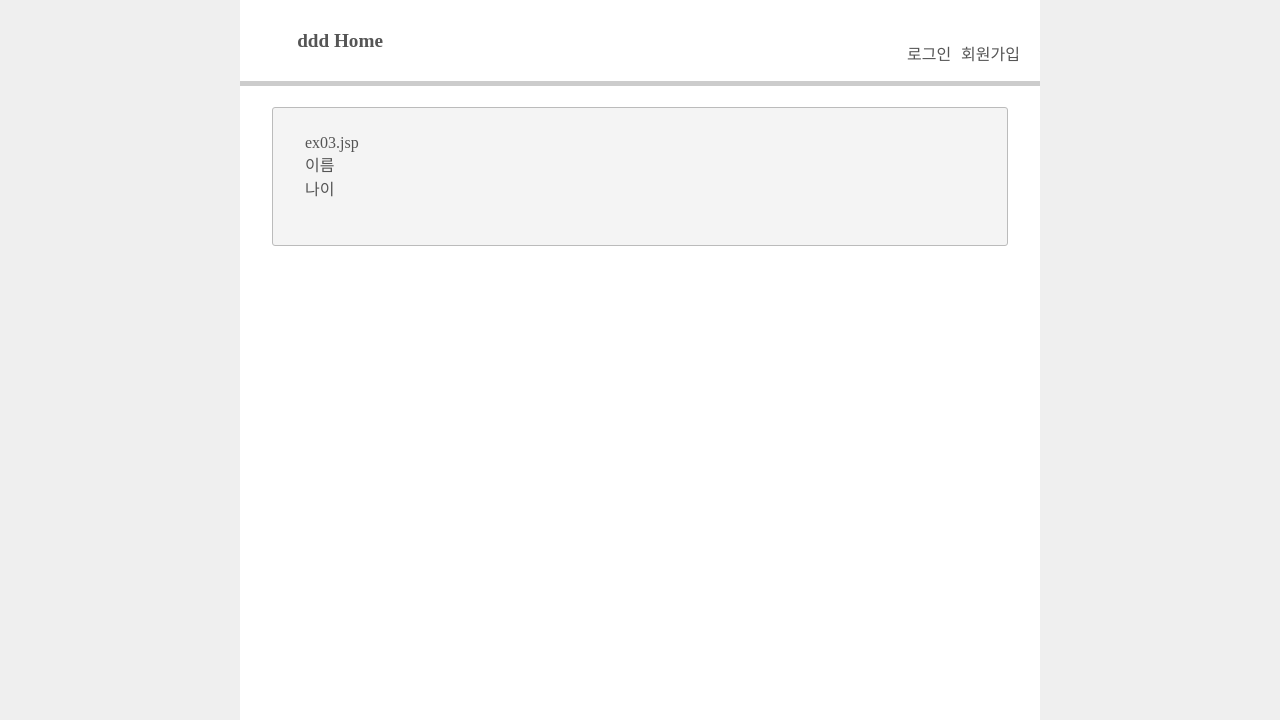
Repository: Deneb0000/JSP
Page: http://localhost/jspPro/days04/ex03_02.jsp
The author's editor kept a copy of each file at every save. The page is drawn from the files as they stood at one save, then again after the next save.
The browser window is 1280 px wide. The pictures show the whole page.
Some web fonts or font styles are not loaded; a fallback is used. The page is served by Tomcat 9. Other server files are loaded and not shown.

Above is the page before, as saved 2024-10-18 05:46:23.

### jspPro/src/main/webapp/days04/ex03_02.jsp
<%@ page contentType="text/html; charset=UTF-8" pageEncoding="UTF-8"%>
<%@ taglib prefix="c" uri="http://java.sun.com/jsp/jstl/core" %>
<!DOCTYPE html>
<html>
<head>
<meta charset="UTF-8">
<title>Insert title here</title>
<link rel="shortcut icon" type="image/x-icon" href="http://localhost/jspPro/images/SiSt.ico">
<script src="https://ajax.googleapis.com/ajax/libs/jquery/3.7.1/jquery.min.js"></script>
<meta name="viewport" content="width=device-width, initial-scale=1.0">
<meta name="google" content="notranslate">
<link rel="stylesheet" href="http://localhost/jspPro/resources/cdn-main/example.css">
<script src="http://localhost/jspPro/resources/cdn-main/example.js"></script>
<style>
 span.material-symbols-outlined{
    vertical-align: text-bottom;
 }
</style>
</head>
<body>
<header>
  <h1 class="main"><a href="#" style="position: absolute;top:30px;">ddd Home</a></h1>
  <ul>
    <li><a href="#">로그인</a></li>
    <li><a href="#">회원가입</a></li>
  </ul>
</header>
<div>
  <xmp class="code">
    ex03.jsp
    이름
    나이

  </xmp>
</div>
</body>
</html>

### jspPro/src/main/webapp/resources/cdn-main/example.css
@charset "UTF-8";

@import url('https://fonts.googleapis.com/css2?family=Material+Symbols+Outlined:opsz,wght,FILL,GRAD@20..48,100..700,0..1,-50..200');

@font-face {
    font-family: 'GmarketSansMedium';
    src: url('https://cdn.jsdelivr.net/gh/projectnoonnu/noonfonts_2001@1.1/GmarketSansMedium.woff') format('woff');
    font-weight: normal;
    font-style: normal;
}

:root {
	--text-color: #555;
	--sub-text-color: #777;
	--back-color: #EFEFEF;
	--header-color: #444;
	--primary-color: #DEDEDE;
	--secondary-color: #EFEFEF;
	--default-width: 800px;
	--narrow-width: 500px;
	--wide-width: 1200px;
	--text-font: 'GmarketSansMedium';
	--icon-font: 'Material Symbols Outlined';
	--border-color: #CCC;
}

html, body {
	margin: 0;
	padding: 0;
}

html {
	background-color: var(--back-color);
	display: flex;
	justify-content: center;
	min-height: 100vh;
}

body, body.default {
	width: var(--default-width);
	background-color: white;
	padding-bottom: 120px;
}

body.wide {
	width: var(--wide-width);
}

body.narrow {
	width: var(--narrow-width);
}



body, p, div, span, a, input, select, option, textarea, button, table, th, td, label, fieldset, legend {
	font-family: var(--text-font);
	color: var(--text-color);
}

h1, h2, h3 {
	font-family: var(--text-font);
	color: var(--header-color);
	padding: 0 1rem;
	padding-top: .5rem;
}

div > h1, div > h2, div > h3 {
	padding: 0;
}

body > div, body > main > div {
	padding: 0.3rem 1rem;
}


h1 { font-size: 2rem; border-bottom: 1px solid var(--border-color); }
h1 small { font-size: 1.2rem; color: var(--sub-text-color); }
h2 { font-size: 1.5rem; border-bottom: 1px dashed var(--border-color); }
h2 small { font-size: 1.1rem; color: --sub-text-color; }
h3 { font-size: 1.2rem; }
h3 small { font-size: 1rem; color: --sub-text-color; }



h1.main::before {
	font-family: var(--icon-font);
  	content: '\e666';
  	margin-right: 10px;
  	float: left;
	font-size: 2.5rem;
}

h1.sub::before {
	font-family: var(--icon-font);
  	content: '\ea19';
  	margin-right: 10px;
  	float: left;
	font-size: 2.5rem;
}


h1.page::before {
	font-family: var(--icon-font);
  	content: '\e0e0';
  	margin-right: 10px;
  	float: left;
	font-size: 2.5rem;
}

body > header > ul > li > .active{
	background-color: #FFF;
	color:#F00;
}

body > header {
	display: flex;
	justify-content: space-between;
	border-bottom: 5px solid var(--border-color);
	min-height: 74px;
	background-color: #FFF;
}

body > header.sticky {
	position: sticky;
	top: 0;
	z-index: 98;
}

body > header > h1 {
	font-size: 1.2rem;
	border: 0;
}

body > header.in > h1::before {
	font-family: var(--icon-font);
  	content: '\e332‥';
  	margin-right: 3px;
  	float: left;
	font-size: 2rem;
}


body > header > ul {
	list-style-type: none;
	display: flex;
	align-items: flex-end;
	margin-right: 10px;
}

body > header > ul > li {
	margin-right: 10px;
	cursor: pointer;
}

body > header > ul > li > a {
	cursor: pointer;
}


form {
	display: block;
}

form > div {
	padding: 0.3rem 1rem;
}

div > form > div {
	padding: 0.3rem 0;
}

input, textarea, button, select {
	border: 1px solid #BBB;
	border-radius: 3px;
	outline: none;
	resize: none;
	padding: 7px;
	margin: 0;
}

input[type=text]:read-only, textarea:read-only {
	cursor: not-allowed;
	background-color: #FFF;
}

input[type=text]:disabled, textarea:disabled {
	cursor: not-allowed;
	background-color: #EEE;
}

input[type=text], input[type=password], textarea, button, select {
	/* width: 300px; */
}

textarea {
	display: block;
	height: 100px;
}

input[type=button], input[type=submit], button {
	/* width: inherit; */
}

input.short, textarea.short, button.short, select.short {
	width: 100px;
}

input.long, textarea.long, button.long, select.long {
	width: 350px;
}

.narrow input.long, .narrow textarea.long, .narrow button.long, .narrow select.long {
	width: calc(100% - 20px);
}

input.full, textarea.full, button.full, select.full {
	width: calc(100% - 20px);
}

textarea.short {
	height: 50px;
}

textarea.long {
	height: 100px;
}

textarea.full {
	height: 200px;
}

input, textarea {
	padding-top: 8px;
}

input[type=button], input[type=submit], button {
	padding: 5px 10px;
	background-color: var(--secondary-color);
	cursor: pointer;
	min-height: 36px;
}

input[type=button].primary, input[type=submit].primary, button.primary {
	/* background-color: rgba(100, 149, 237, .2); */
	background-color: var(--primary-color);
}

input[type=button].primary:hover, input[type=submit].primary:hover, button.primary:hover {
	/* background-color: rgba(100, 149, 237, .3); */
	background-color: var(--secondary-color);
}

input[type=button]:hover, input[type=submit]:hover, button:hover {
	background-color: var(--primary-color);
}

button {
	position: relative;
	left: 0;
	top: 0;
	padding-left: 35px;
}

button .material-symbols-outlined {
	position: absolute;
	left: 10px;
	top: 4px;
}

/* k2nik add */
button.login::before {
	font-family: var(--icon-font);
  	content: '\ea77';
	position: absolute;
	left: 11px;
	top: 4px;
	font-size: 1.25rem;
}

/* k2nik logout */
button.logout::before {
	font-family: var(--icon-font);
  	content: '\e9ba';
	position: absolute;
	left: 11px;
	top: 4px;
	font-size: 1.25rem;
}

/* k2nik help */
button.help::before {
	font-family: var(--icon-font);
  	content: '\f1c0';
	position: absolute;
	left: 11px;
	top: 4px;
	font-size: 1.25rem;
}

button.add::before{
	font-family: var(--icon-font);
  	content: '\e746';
	position: absolute;
	left: 11px;
	top: 4px;
	font-size: 1.25rem;
}

button.back::before {
	font-family: var(--icon-font);
  	content: '\e166';
	position: absolute;
	left: 11px;
	top: 4px;
	font-size: 1.25rem;
}

button.list::before {
	font-family: var(--icon-font);
  	content: '\e0ee';
	position: absolute;
	left: 11px;
	top: 4px;
	font-size: 1.25rem;
}


button.del::before {
	font-family: var(--icon-font);
  	content: '\e872';
	position: absolute;
	left: 11px;
	top: 4px;
	font-size: 1.25rem;
}


button.edit::before {
	font-family: var(--icon-font);
  	content: '\e745';
	position: absolute;
	left: 11px;
	top: 4px;
	font-size: 1.25rem;
}


button.login::before {
	font-family: var(--icon-font);
  	content: '\ea77';
	position: absolute;
	left: 11px;
	top: 4px;
	font-size: 1.25rem;
}


button.logout::before {
	font-family: var(--icon-font);
  	content: '\e9ba';
	position: absolute;
	left: 11px;
	top: 4px;
	font-size: 1.25rem;
}


button.in::before {
	font-family: var(--icon-font);
  	content: '\f71a';
	position: absolute;
	left: 11px;
	top: 4px;
	font-size: 1.25rem;
}


button.out::before {
	font-family: var(--icon-font);
  	content: '\f70e';
	position: absolute;
	left: 11px;
	top: 4px;
	font-size: 1.25rem;
}


button.reply::before {
	font-family: var(--icon-font);
  	content: '\e15e';
	position: absolute;
	left: 11px;
	top: 4px;
	font-size: 1.25rem;
}


button.comment::before {
	font-family: var(--icon-font);
  	content: '\e0b9';
	position: absolute;
	left: 11px;
	top: 4px;
	font-size: 1.25rem;
}


button.modal::before {
	font-family: var(--icon-font);
  	content: '\e89e';
	position: absolute;
	left: 11px;
	top: 4px;
	font-size: 1.25rem;
}


button.ok::before {
	font-family: var(--icon-font);
  	content: '\e86c';
	position: absolute;
	left: 11px;
	top: 4px;
	font-size: 1.25rem;
}


button.cancel::before {
	font-family: var(--icon-font);
  	content: '\e5c9';
	position: absolute;
	left: 11px;
	top: 4px;
	font-size: 1.25rem;
}

button.search::before {
	font-family: var(--icon-font);
  	content: '\e8b6';
	position: absolute;
	left: 11px;
	top: 4px;
	font-size: 1.25rem;
}

button.home::before {
	font-family: var(--icon-font);
  	content: '\e88a';
	position: absolute;
	left: 11px;
	top: 4px;
	font-size: 1.25rem;
}


button.sidebar::before {
	font-family: var(--icon-font);
  	content: '\f7e4';
	position: absolute;
	left: 11px;
	top: 4px;
	font-size: 1.25rem;
}


button.sidebar-right::before {
	font-family: var(--icon-font);
  	content: '\f7e5';
	position: absolute;
	left: 11px;
	top: 4px;
	font-size: 1.25rem;
}




button::before {
	font-family: var(--icon-font);
  	content: '\e323';
	position: absolute;
	left: 11px;
	top: 4px;
	font-size: 1.25rem;
}


table {
	border-collapse: collapse;
	margin: 1rem;
	box-sizing: border-box;
	width: calc(100% - 32px);
}

table.content {
	width: auto;
}

div > table {
	margin: 0;
}

table th, table td {
	border: 1px solid var(--border-color);
	padding: 7px;
	font-weight: normal;
}

table th {
	background-color: var(--back-color);
}

table.vertical th {
	width: 150px;
}

table.vertical td {
	width: calc(100% - 182px);
	padding-left: 10px;
}

table.content td, table.content th {
	width: auto;
}

body.narrow table.vertical th {
	width: 100px;
}

body.narrow table.vertical td {
	width: calc(100% - 182px);
}


table + table {
	margin-top: 30px;
}


p {
	padding: 0 1rem;
}

a {
	text-decoration: none;
}

a:hover {
	color: rgba(255, 99, 71, .7);
}

hr {
	border: 0;
	border-top: 1px solid var(--border-color);
	margin: 2rem 0;
}

.message {
	border: 1px solid var(--border-color);
	background-color: #EFEFEF;
	margin: 1rem;
	width: auto;
	padding-top: 10px;
	padding-bottom: 10px;
	font-size: 14px;
}

.message[title]::before {
	content: attr(title);
	display: block;
	border-bottom: 1px solid var(--border-color);
	padding-bottom: 5px;
	margin-bottom: 10px;
	margin-top: 7px;
}

.message.short {
	max-width: 250px;
}

.message.long {
	max-width: 500px;
}

.badge {
	float: right;
	font-size: .8rem;
	margin-top: 2px;
	margin-right: 2px;
	text-shadow: 0 0 7px gray;
}

.badge.left {
	float: none;
	margin-left: 2px;
}

.badge.right {
	float: right;
}

.badge.red {
	border-radius: 50%;
	padding: 2px 5px;
	background-color: rgb(255, 99, 71, .3);
}

.badge.yellow {

	border-radius: 50%;
	padding: 2px 5px;
	background-color: rgb(255, 215, 0, .5);
}

.badge.blue {
	border-radius: 50%;
	padding: 2px 5px;
	background-color: rgb(100, 149, 237, .3);
}

label + label {
	margin-left: 7px;
}

label input[type=checkbox], label input[type=radio] {
	transform: translate(0, 1px);
}

.group {
	display: flex;
}

.modal-content .group {
	margin-bottom: .5rem;
}

.group label {
	border: 1px solid #BBB;
	border-radius: 3px;
	outline: none;
	resize: none;
	padding: 7px 14px;
	margin: 0;
	border-top-right-radius: 0;
	border-bottom-right-radius: 0;
	background-color: #EFEFEF;
	white-space: nowrap;
	font-size: 14px;
}

.group input[type=text] {
	margin-left: -1px;
	border-top-left-radius: 0;
	border-bottom-left-radius: 0;
}

.group select {
	margin-left: -1px;
	border-top-left-radius: 0;
	border-bottom-left-radius: 0;
}

.group input.full[type=text] {
	margin-left: -1px;
	border-top-left-radius: 0;
	border-bottom-left-radius: 0;
	width: 100%;
}

.group input[type=button]:first-child, .group button:first-child {
	border-top-left-radius: 3px;
	border-bottom-left-radius: 3px;
	margin-left: 0px;
}

.group input[type=button], .group button {
	border-radius: 0;
	margin-left: -1px;
}

.group input[type=button]:last-child, .group button:last-child {
	margin-left: -1px;
	border-top-right-radius: 3px;
	border-bottom-right-radius: 3px;
}

.seperate {
	display: flex;
	justify-content: space-between;
}

div.list {
	width: max-content;
	margin: 1rem;
	border: 1px solid #BBB;
	border-radius: 3px;
	padding: 0;
}

div.list.full {
	width: auto;
	display: block;
	margin: 1rem;
	border: 1px solid #BBB;
	border-radius: 3px;
	padding: 0;
}

div.list > div {
	padding: .5rem 1rem;
	margin: 0;
	border-bottom: 1px solid #BBB;
}

div.list > div:last-child {
	border-bottom: 0;
}

pre.code , xmp.code{
	font-family: consols;
	background-color: rgba(150, 150, 150, .1);
	border: 1px solid #BBB;
	border-radius: 3px;
	padding: .5rem 1rem;
	padding-bottom: .6rem;
	margin: 1rem;
}




*[data-modal-window] {
	position: fixed;
	background-color: rgba(0, 0, 0, .3);
	left: 0;
	top: 0;
	display: none;
	justify-content: center;
	align-items: flex-start;
	width: 100%;
	min-height: 100vh;
	z-index: 100;
	opacity: 0;
	transition: 500ms all;
}

*[data-modal-window] .modal-container {
	border-radius: 5px;
	padding: 1rem;
	padding-bottom: .5rem;
	margin-top: -500px;
	opacity: 0;
	width: 500px;
	background-color: #FFF;
	margin-right: 2rem;
	transition: 500ms all;
}

*[data-modal-size=content] .modal-container {
	width: auto;
}

*[data-modal-size=narrow] .modal-container {
	width: 300px;
}

*[data-modal-size=wide] .modal-container {
	width: 760px;
}


*[data-modal-window] .modal-header {
	border-bottom: 1px solid var(--border-color);
	padding: 2px 5px;
}

*[data-modal-window] .modal-content {
	padding: 1rem 5px;
}

*[data-modal-window] .modal-content div:last-child {
	margin-top: 1rem;
	text-align: right;
}



*[data-sidebar-window] {
	position: fixed;
	background-color: #FFF;
	left: 0;
	top: 0;
	display: block;
	width: 300px;
	border-right: 1px solid var(--border-color);
	box-sizing: border-box;
	box-shadow: 0 0 3px var(--back-color);
	min-height: 100vh;
	z-index: 99;
	transform: translate(-300px, 0);
	transition-duration: 500ms;
	transition-property: transform;
}

*[data-sidebar-direction=right] {
	left: auto;
	right: 0;
	transform: translate(300px, 0);
	border-left: 1px solid var(--border-color);
}

*[data-sidebar-size=wide] {
	width: 500px;
	transform: translate(-500px, 0);
}

*[data-sidebar-window] .sidebar-title {
	border-bottom: 1px solid var(--border-color);
	margin-top: 20px;
	margin-bottom: 20px;
	padding-bottom: 5px;
	display: flex;
	justify-content: space-between;
}

*[data-sidebar-window] .sidebar-title span:last-child {
	cursor: pointer;
}


/* K2Nik pagination */
.center {
  text-align: center;
}

.pagination {
  display: inline-block;
}

.pagination a {
  color: black;
  float: left;
  padding: 3px 6px;
  text-decoration: none;
  transition: background-color .3s;
  border: 1px solid #ddd;
  margin: 0 3px;
}

.pagination a.active {
  background-color: #4CAF50;
  color: white;
  border: 1px solid #4CAF50;
}

.pagination a:hover:not(.active) {background-color: #ddd;}

### jspPro/src/main/webapp/resources/cdn-main/example.js

window.onload = () => {

    const list = document.querySelectorAll('input, textarea');

    list.forEach(item => {
        item.setAttribute('autocomplete', 'off');
    });


    const modal_btn_list = document.querySelectorAll('*[data-modal-button]');

    modal_btn_list.forEach(item => {
        item.onclick = function() {

            const name = this.dataset['modalButton'];
            const modal_window = document.querySelector('*[data-modal-window=' + name);

            const container = document.createElement('div');
            container.className = 'modal-container';



            const modal_header = document.createElement('div');
            modal_header.textContent = modal_window.dataset['modalTitle'];
            modal_header.className = 'modal-header';
            container.appendChild(modal_header);

            const modal_content = document.createElement('div');
            modal_content.className = 'modal-content';
            container.appendChild(modal_content);

            Array.from(modal_window.childNodes).forEach(item => {
                modal_content.appendChild(item);
            });

            modal_window.appendChild(container);

            modal_window.style.display = 'flex';

            setTimeout(() => {
                modal_window.style.opacity = 1;
                container.style.marginTop = '20px';
                container.style.opacity = 1;
            }, 50);


            const modal_ok = document.querySelector('*[data-modal-ok=' + name);
            modal_ok.addEventListener('click', function() {
                modal_window.style.opacity = 0;
                container.style.marginTop = '-500px';
                container.style.opacity = 0;

                setTimeout(() => {
                    modal_window.innerHTML = modal_content.innerHTML;
                    modal_window.style.display = 'none';
                }, 500);

            });

            const modal_cancel = document.querySelector('*[data-modal-cancel=' + name);
            modal_cancel.addEventListener('click', function() {

                modal_window.style.opacity = 0;
                container.style.marginTop = '-500px';
                container.style.opacity = 0;

                setTimeout(() => {
                    modal_window.innerHTML = modal_content.innerHTML;
                    modal_window.style.display = 'none';
                }, 500);
            });


        };
    });


    const sidebar_btn_list = document.querySelectorAll('*[data-sidebar-button]');

    sidebar_btn_list.forEach(item => {
        item.onclick = function() {



            const name = this.dataset['sidebarButton'];
            const sidebar_window = document.querySelector('*[data-sidebar-window=' + name);

            if (sidebar_window.style.transform == 'translate(0px, 0px)') return;



            sidebar_window.style.transform = 'translate(0, 0)';

            const sidebar_title = document.createElement('div');
            sidebar_title.className = 'sidebar-title';
            sidebar_title.innerHTML = '<span>' + sidebar_window.dataset['sidebarTitle'] + '</span><span class="material-symbols-outlined">close</span>';

            sidebar_title.children[1].onclick = function() {

                let sign = 1;
                let distance = 300;

                if (sidebar_window.dataset['sidebarDirection'] != 'right') {
                    sign = -1;
                } else {
                    sign = 1;
                }

                if (sidebar_window.dataset['sidebarSize'] != 'wide') {
                    distance = 300;
                } else {
                    distance = 500;
                }

                distance *= sign;

                sidebar_window.style.transform = 'translate(' + distance + 'px, 0)';

                setTimeout(function() {
                    sidebar_window.removeChild(sidebar_window.children[0]);
                }, 500);
            };


            sidebar_window.prepend(sidebar_title);

        }
    });

};

// window.onkeydown = function(event) {

//     if (event.keyCode == 27) {
//         if (document.querySelector('[data-modal-window').style.display == 'flex') {
//             document.querySelector('[data-modal-window').style.display = 'none';
//         }
//     }

// };

After the next save:
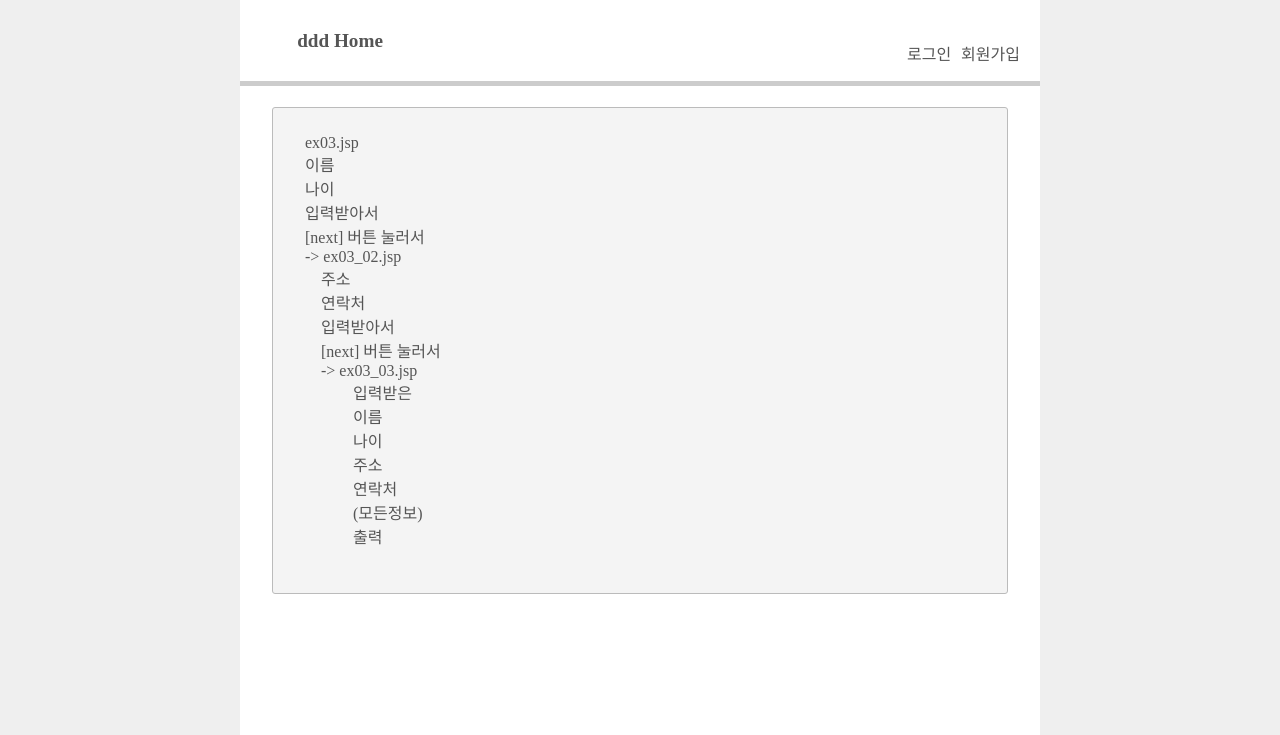
Saved 88 s later.
--- a/jspPro/src/main/webapp/days04/ex03_02.jsp
+++ b/jspPro/src/main/webapp/days04/ex03_02.jsp
@@ -30,6 +30,21 @@
     ex03.jsp
     이름
     나이
+    입력받아서
+    [next] 버튼 눌러서
+    -> ex03_02.jsp
+    	주소
+    	연락처
+    	입력받아서
+    	[next] 버튼 눌러서
+    	-> ex03_03.jsp
+    		입력받은
+    		이름
+    		나이
+    		주소
+    		연락처
+    		(모든정보)
+    		출력
 
   </xmp>
 </div>
